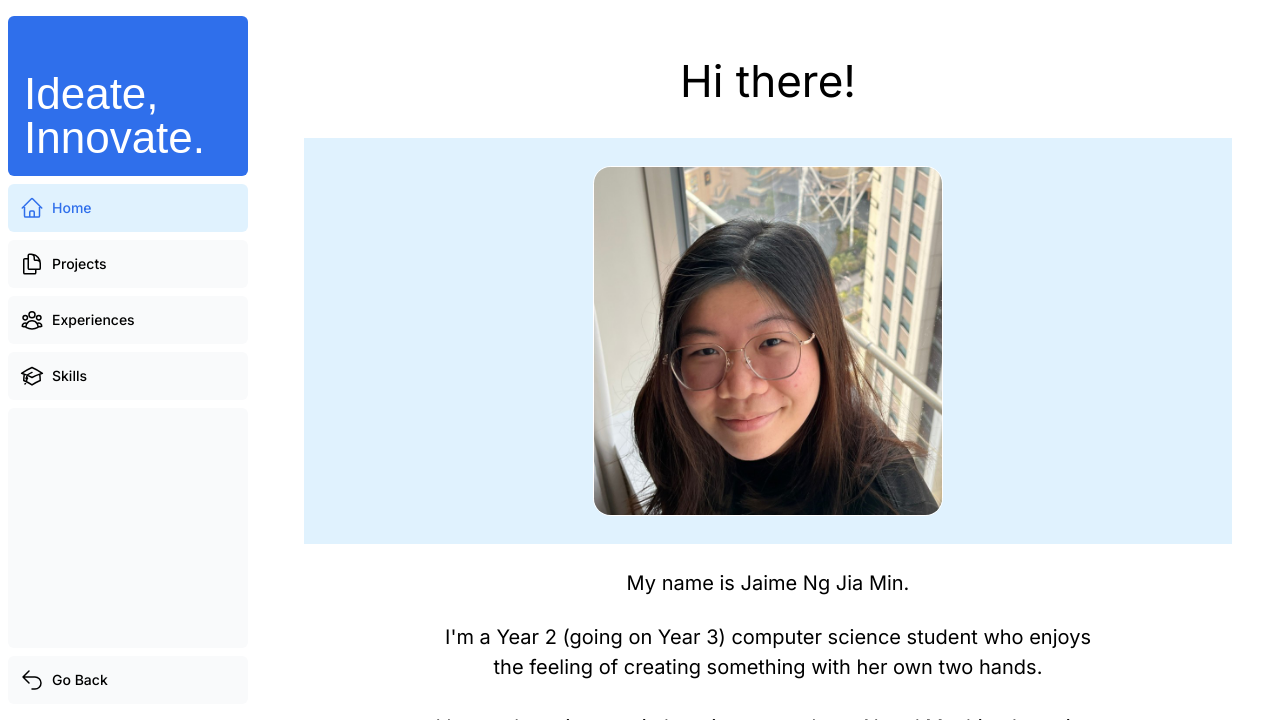
Repository: ThatGirlJam/jaime-portfolio
Page: /dashboard
The author's editor kept a copy of each file at every save. The page is drawn from the files as they stood at one save, then again after a run of saves.
The browser window is 1280 px wide. The pictures show the whole page.
An inner scrolling area shows only its first screen. Some web fonts or font styles are not loaded; a fallback is used. The project was rebuilt for these pictures with package versions that can differ from the ones it lists, and the page was loaded fresh each time. The framework's server and built-in components were replaced by stand-ins that run in the browser. Also part of the build but not shown: next.config.js.

Above is the page before, as saved 2024-04-10 00:48:35.

### app/dashboard/page.tsx
import Image from "next/image";

export default function Page() {
  const imageStyle = {
    borderRadius: '5%',
    border: '1px solid #fff',
  };

  const divStyle = {
    display: 'flex',
    justifyContent: 'center', // Horizontally center the image
  };

  const dashedLineStyle = {
    width: '200px',
    height: '2px',
    border: '1px dashed black',
    margin: '20px auto', // Center the dashed line horizontally
  };

  return (
    <div className="text-center"> {/* Apply text-center class to center-align all content */}
      <p className="text-[44px]"> Hi there! </p>
      <br/>

      <div className="bg-sky-100 py-7 backdrop-opacity-40">
        <div style={divStyle}>
          <Image
            src="/jaime-linkedin-photo.jpeg"
            width={350}
            height={350}
            style={imageStyle}
            alt="Screenshots of jaime linkedin photo"
          />
        </div>
      </div>
      <br/>

      <p className="text-[20px]"> My name is Jaime Ng Jia Min. </p>
      <br/>
      <div className="max-w-2xl mx-auto"> {/* Apply mx-auto class to horizontally center the div */}
        <p className="text-[20px]">
          I'm a Year 2 (going on Year 3) computer science student who enjoys the feeling of creating something with her own two hands. <br/><br/>
          I have a keen interest in learning more about AI and Machine Learning, Software Development and Cyber Security. As I'm still exploring my passions, I'm
          be eager to learn anything even if it is outside my comfort zone. <br/> <br/>
          I have outlined some of my projects, experiences and skills on this website for your perusal. This website was built using Next.js too!
        </p>
      </div>
      <br/>

      {/* Dashed line */}
      <div style={dashedLineStyle}></div>

      <p className="text-[30px]">
        I would be happy to connect!
      </p>

      {/* Dashed line */}
      <div style={dashedLineStyle}></div>

      <br/>
      <p className="text-[20px]">
        Feel free to contact me using any of the methods below.
      </p>

      <br/>

      <ul>
        <li>Github: <a href="https://github.com/ThatGirlJam" target="_blank" className="text-blue-500">link to my GitHub</a> </li>
        <li>Email: <a href="mailto: jaimengjm@gmail.com" className="text-blue-500">jaimengjm@gmail.com</a> </li>
        <li>LinkedIn: <a href="https://www.linkedin.com/in/jaime-ng-jm/" target="_blank" className="text-blue-500">link to my LinkedIn Page</a> </li>
      </ul>
    </div>
  );
}

### app/ui/fonts.ts
import { Inter } from 'next/font/google';
import { Lusitana } from 'next/font/google';

export const inter = Inter({ subsets: ['latin'] });

export const lusitana = Lusitana({
  weight: ['400', '700'],
  subsets: ['latin'],
});

### app/ui/dashboard/sidenav.tsx
import Link from 'next/link';
import NavLinks from '@/app/ui/dashboard/nav-links';
import BannerLogo from '@/app/ui/banner-logo';
import { ArrowUturnLeftIcon } from '@heroicons/react/24/outline';

export default function SideNav() {
  return (
    <div className="flex h-full flex-col px-3 py-4 md:px-2">
      <Link
        className="h-25 mb-2 flex items-end justify-start rounded-md bg-blue-600 p-4 md:h-40"
        href="/"
      >
        <div className="w-32 text-white md:w-40">
          <BannerLogo />
        </div>
      </Link>
      <div className="flex grow flex-row justify-between space-x-2 md:flex-col md:space-x-0 md:space-y-2">
        <NavLinks />
        <div className="hidden h-auto w-full grow rounded-md bg-gray-50 md:block"></div>
        <Link href="/">
          <button className="flex h-[48px] w-full grow items-center justify-center gap-2 rounded-md bg-gray-50 p-3 text-sm font-medium hover:bg-sky-100 hover:text-blue-600 md:flex-none md:justify-start md:p-2 md:px-3">
            <ArrowUturnLeftIcon className="w-6" />
            <div className="hidden md:block">Go Back</div>
          </button>
        </Link>
      </div>
    </div>
  );
}

### app/ui/dashboard/nav-links.tsx
'use client';

import {
  UserGroupIcon,
  HomeIcon,
  DocumentDuplicateIcon,
  AcademicCapIcon,
} from '@heroicons/react/24/outline';
import Link from 'next/link';
import { usePathname } from 'next/navigation';
import clsx from 'clsx';

// Map of links to display in the side navigation.
// Depending on the size of the application, this would be stored in a database.
const links = [
  { name: 'Home', href: '/dashboard', icon: HomeIcon },
  {
    name: 'Projects',
    href: '/dashboard/projects',
    icon: DocumentDuplicateIcon,
  },
  { name: 'Experiences', href: '/dashboard/experiences', icon: UserGroupIcon },
  { name: 'Skills', href: '/dashboard/skills', icon: AcademicCapIcon },
];

export default function NavLinks() {
  const pathname = usePathname();

  return (
    <>
      {links.map((link) => {
        const LinkIcon = link.icon;
        return (
          <Link
            key={link.name}
            href={link.href}
            //When the link.href aka link of the nav option matches the curr path name, turn blue to show user is on that page
            className={clsx(
              'flex h-[48px] grow items-center justify-center gap-2 rounded-md bg-gray-50 p-3 text-sm font-medium hover:bg-sky-100 hover:text-blue-600 md:flex-none md:justify-start md:p-2 md:px-3',
              {
                'bg-sky-100 text-blue-600': pathname === link.href,
              },
            )}
          >
            <LinkIcon className="w-6" />
            <p className="hidden md:block">{link.name}</p>
          </Link>
        );
      })}
    </>
  );
}

### app/ui/banner-logo.tsx
import { lusitana } from '@/app/ui/fonts';

export default function BannerLogo() {
  return (
    <div
      className={`${lusitana.className} flex flex-row items-center leading-none text-white`}
    >
      <p className="text-[44px]">Ideate, Innovate.</p>
    </div>
  );
}

Loaded but not shown: app/layout.tsx (common file); app/dashboard/layout.tsx (common file); app/ui/global.css (common file); tailwind.config.ts (common file)

After the next 2 saves:
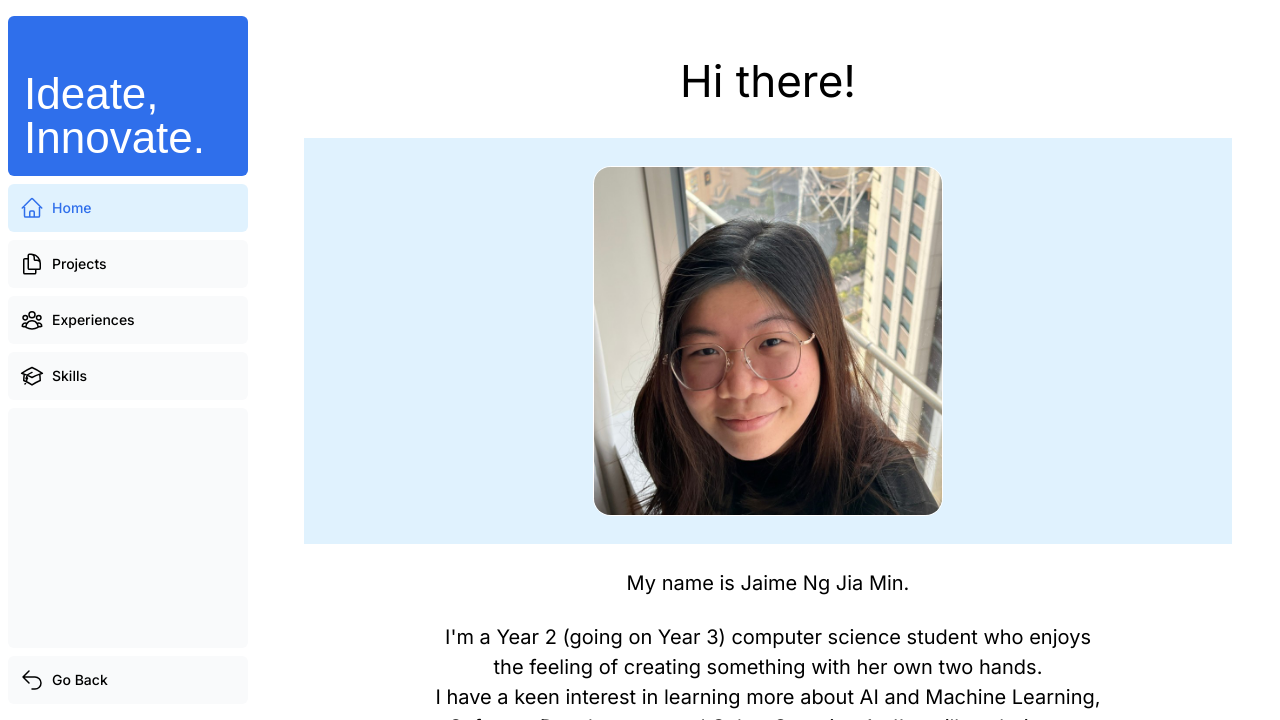
The 2 saves are shown as one change because 1 did not build or start.
The last was saved 29 min 37 s later.
--- a/app/dashboard/page.tsx
+++ b/app/dashboard/page.tsx
@@ -1,4 +1,4 @@
-import Image from "next/image";
+import Image from 'next/image';
 
 export default function Page() {
   const imageStyle = {
@@ -19,10 +19,11 @@ export default function Page() {
   };
 
   return (
-    <div className="text-center"> {/* Apply text-center class to center-align all content */}
+    <div className="text-center">
+      {' '}
+      {/* Apply text-center class to center-align all content */}
       <p className="text-[44px]"> Hi there! </p>
-      <br/>
-
+      <br />
       <div className="bg-sky-100 py-7 backdrop-opacity-40">
         <div style={divStyle}>
           <Image
@@ -34,41 +35,63 @@ export default function Page() {
           />
         </div>
       </div>
-      <br/>
-
+      <br />
       <p className="text-[20px]"> My name is Jaime Ng Jia Min. </p>
-      <br/>
-      <div className="max-w-2xl mx-auto"> {/* Apply mx-auto class to horizontally center the div */}
+      <br />
+      <div className="mx-auto max-w-2xl">
+        {' '}
+        {/* Apply mx-auto class to horizontally center the div */}
         <p className="text-[20px]">
-          I'm a Year 2 (going on Year 3) computer science student who enjoys the feeling of creating something with her own two hands. <br/><br/>
-          I have a keen interest in learning more about AI and Machine Learning, Software Development and Cyber Security. As I'm still exploring my passions, I'm
-          be eager to learn anything even if it is outside my comfort zone. <br/> <br/>
-          I have outlined some of my projects, experiences and skills on this website for your perusal. This website was built using Next.js too!
+          I'm a Year 2 (going on Year 3) computer science student who enjoys the
+          feeling of creating something with her own two hands.
+        </p>
+        <p className="text-[20px]">
+          I have a keen interest in learning more about AI and Machine Learning,
+          Software Development and Cyber Security. As I'm still exploring my
+          passions, I'm be eager to learn anything even if it is outside my
+          comfort zone. <br /> <br />I have outlined some of my projects,
+          experiences and skills on this website for your perusal. This website
+          was built using Next.js too!
         </p>
       </div>
-      <br/>
-
+      <br />
       {/* Dashed line */}
       <div style={dashedLineStyle}></div>
-
-      <p className="text-[30px]">
-        I would be happy to connect!
-      </p>
-
+      <p className="text-[30px]">I would be happy to connect!</p>
       {/* Dashed line */}
       <div style={dashedLineStyle}></div>
-
-      <br/>
+      <br />
       <p className="text-[20px]">
         Feel free to contact me using any of the methods below.
       </p>
-
-      <br/>
-
+      <br />
       <ul>
-        <li>Github: <a href="https://github.com/ThatGirlJam" target="_blank" className="text-blue-500">link to my GitHub</a> </li>
-        <li>Email: <a href="mailto: jaimengjm@gmail.com" className="text-blue-500">jaimengjm@gmail.com</a> </li>
-        <li>LinkedIn: <a href="https://www.linkedin.com/in/jaime-ng-jm/" target="_blank" className="text-blue-500">link to my LinkedIn Page</a> </li>
+        <li>
+          Github:{' '}
+          <a
+            href="https://github.com/ThatGirlJam"
+            target="_blank"
+            className="text-blue-500"
+          >
+            link to my GitHub
+          </a>{' '}
+        </li>
+        <li>
+          Email:{' '}
+          <a href="mailto: jaimengjm@gmail.com" className="text-blue-500">
+            jaimengjm@gmail.com
+          </a>{' '}
+        </li>
+        <li>
+          LinkedIn:{' '}
+          <a
+            href="https://www.linkedin.com/in/jaime-ng-jm/"
+            target="_blank"
+            className="text-blue-500"
+          >
+            link to my LinkedIn Page
+          </a>{' '}
+        </li>
       </ul>
     </div>
   );
